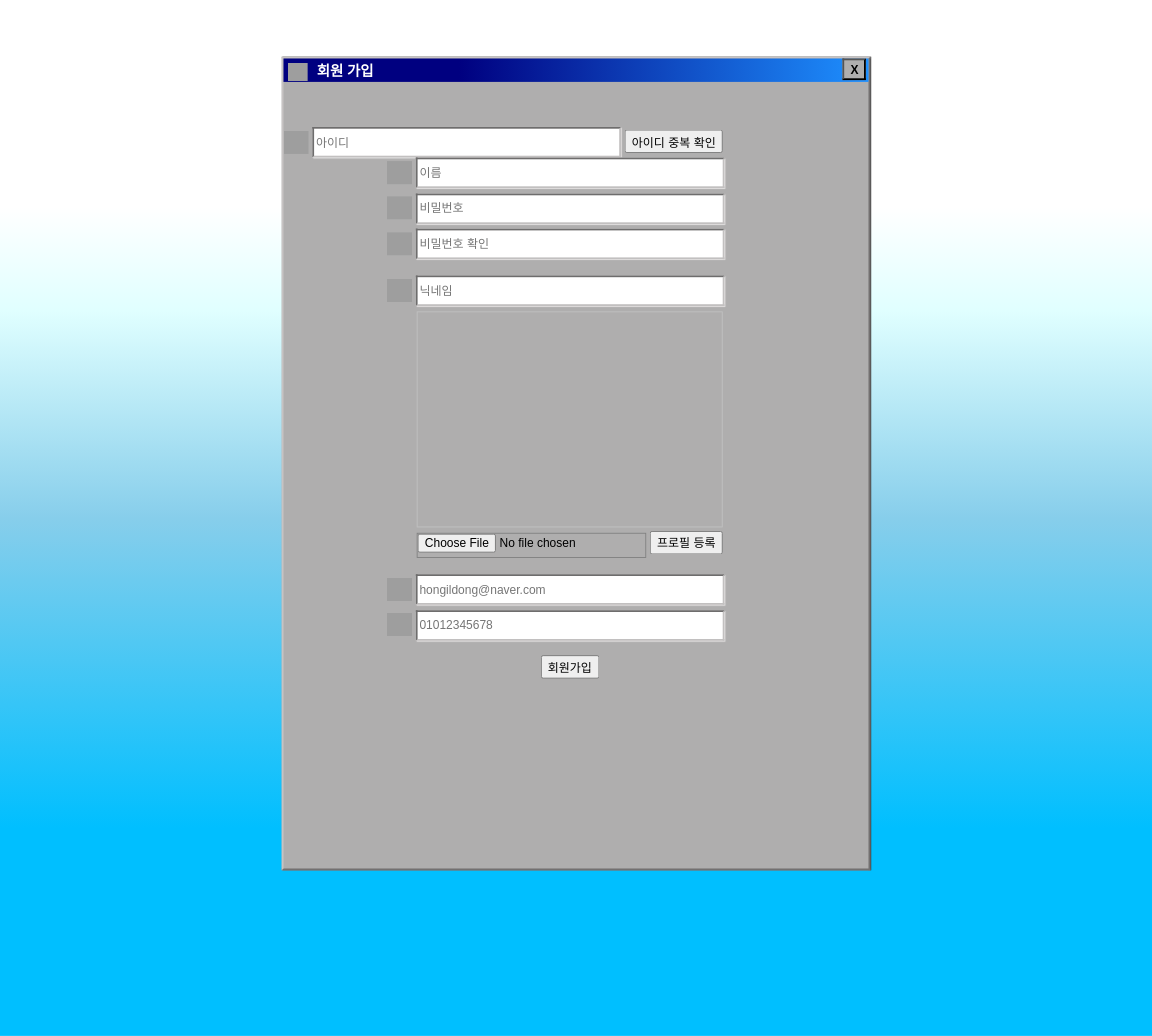
Repository: SEOGWANGWON/semi-finally
Page: http://localhost/semi_team/SHINeeRegister.jsp
These files come from the project's save history. The page is drawn as it stood at one moment and after the next save; the edit follows.
The browser window is 1280 px wide. The pictures show the whole page, at 90% of full size.
Pictures or frames that could not be fetched are drawn as grey boxes. The page is served by Tomcat 9.

Above is the page before, as saved 2023-11-17 02:56:46.

After the next save:
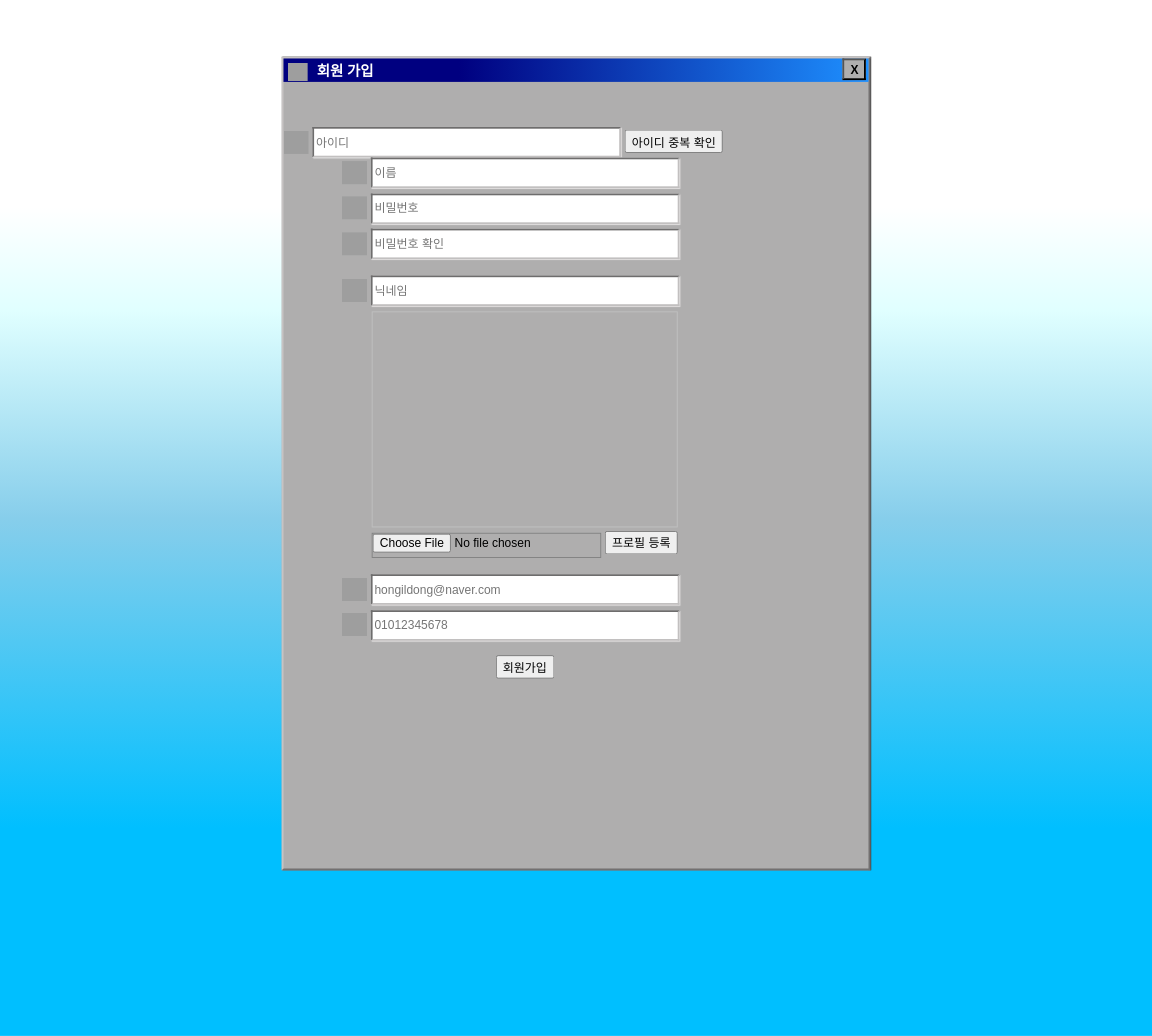
Saved 7 s later.
--- a/semi_team/src/main/webapp/css/광원님.css
+++ b/semi_team/src/main/webapp/css/광원님.css
@@ -45,7 +45,6 @@
     width: 550px;
     height: 650px;
     margin-left: 10%;
-    padding: 0 50px 50px;
     border-radius: 5%;
 }
 #emailid{

After the save that followed:
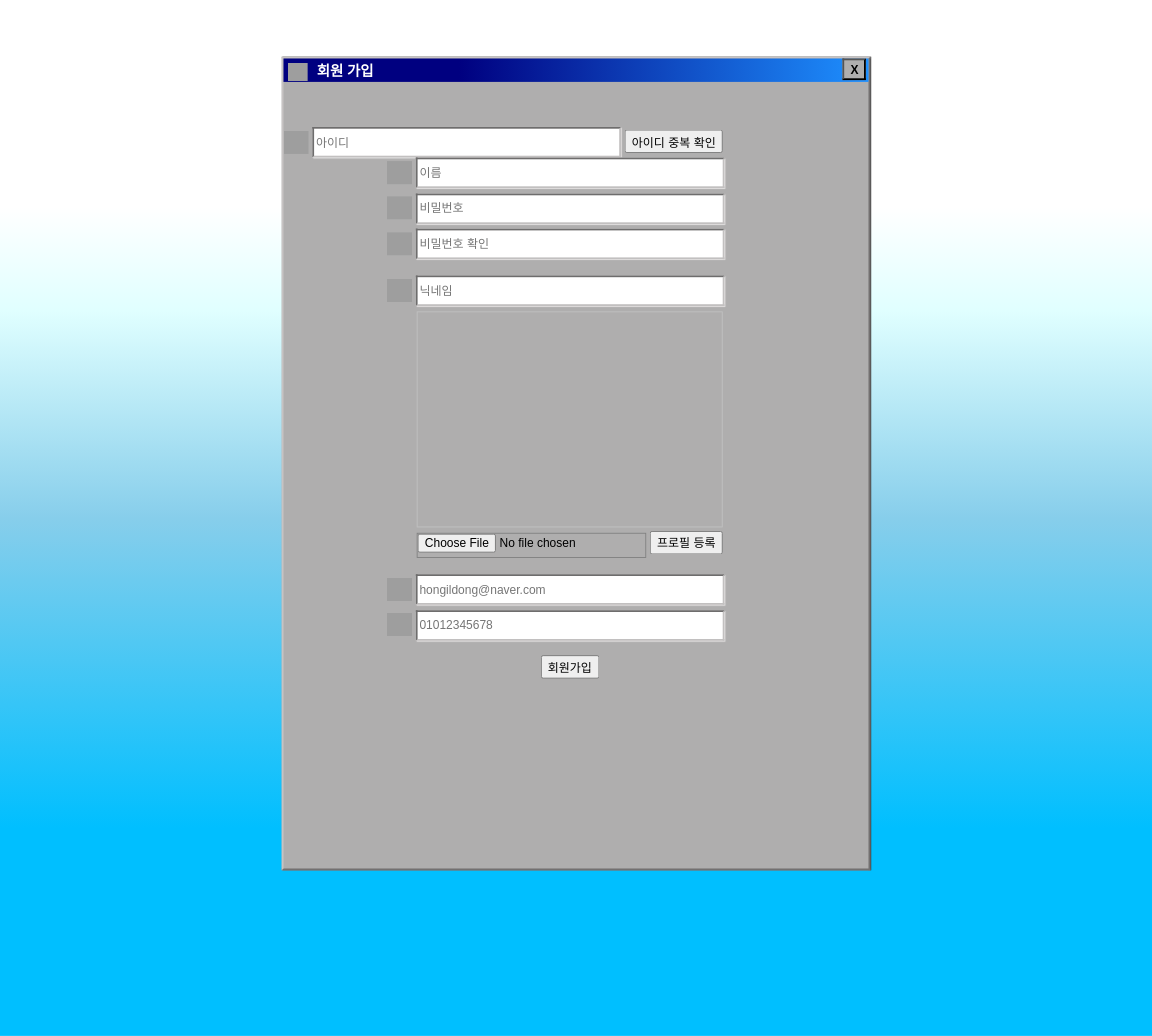
Saved 5 min 54 s later.
--- a/semi_team/src/main/webapp/css/광원님.css
+++ b/semi_team/src/main/webapp/css/광원님.css
@@ -45,6 +45,7 @@
     width: 550px;
     height: 650px;
     margin-left: 10%;
+    padding: 0 50px 50px 50px;
     border-radius: 5%;
 }
 #emailid{
